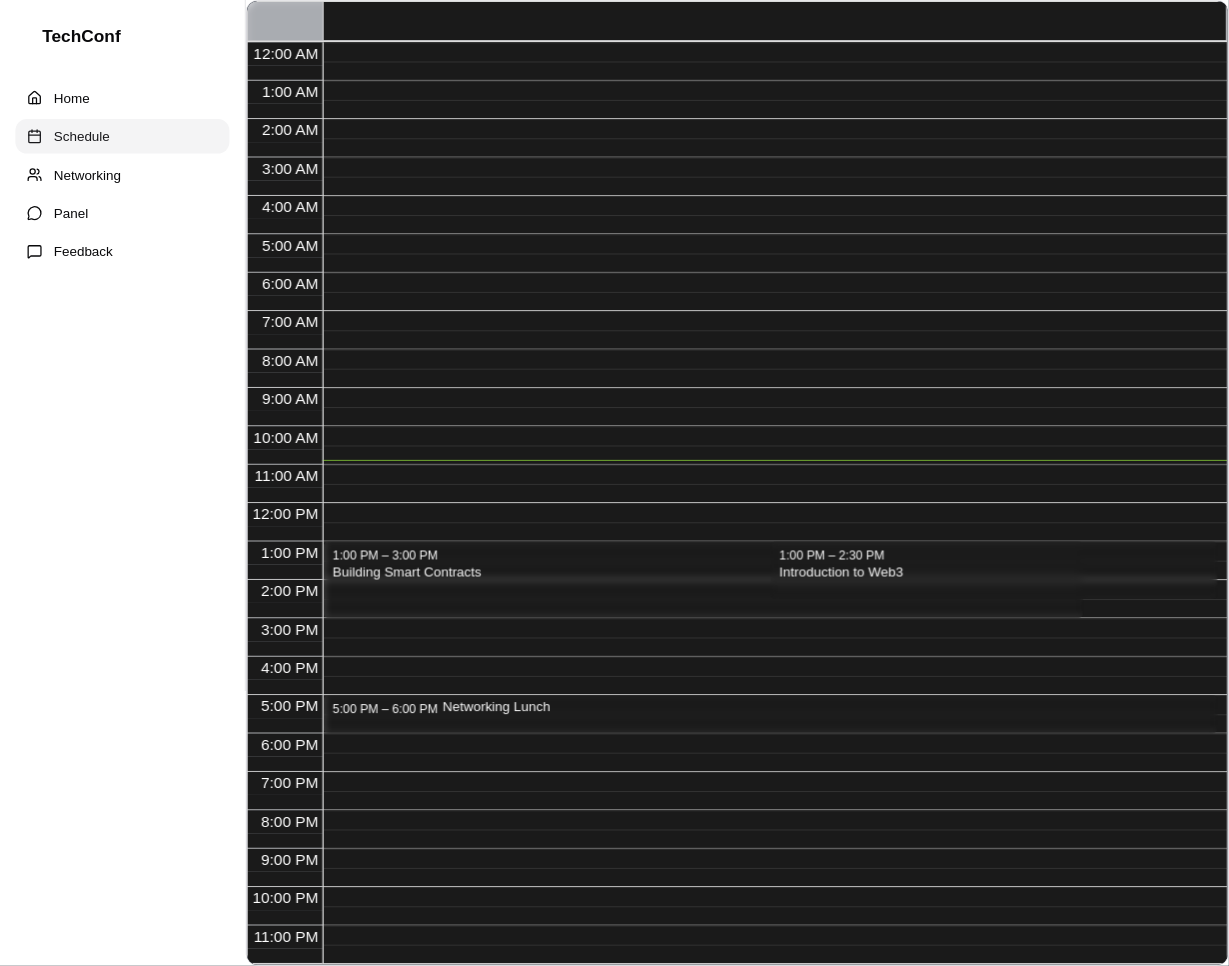
Repository: mrnavdal/symposium-2024
Page: /schedule (app in symposium24/)
The author's editor kept a copy of each file at every save. The page is drawn from the files as they stood at one save, then again after the next save.
The browser window is 1280 px wide. The pictures show the whole page, at 96% of full size.
The project was rebuilt for these pictures with package versions that can differ from the ones it lists, and the page was loaded fresh each time. The framework's server and built-in components were replaced by stand-ins that run in the browser. Also part of the build but not shown: symposium24/next.config.ts.

Above is the page before, as saved 2024-11-08 13:45:29.

### symposium24/src/app/layout.tsx
import type { Metadata } from "next";
import localFont from "next/font/local";
import { ThemeProvider } from "@/components/ThemeProvider";
import { Navigation } from "@/components/Navigation";
import "./globals.css";
import '@/styles/calendar.css'

const geistSans = localFont({
  src: "./fonts/GeistVF.woff",
  variable: "--font-geist-sans",
  weight: "100 900",
});
const geistMono = localFont({
  src: "./fonts/GeistMonoVF.woff",
  variable: "--font-geist-mono",
  weight: "100 900",
});

export const metadata: Metadata = {
  title: "TechConf 2024",
  description: "Conference schedule and information",
};

export default function RootLayout({
  children,
}: Readonly<{
  children: React.ReactNode;
}>) {
  return (
    <html lang="en" suppressHydrationWarning>
      <body
        className={`${geistSans.variable} ${geistMono.variable} antialiased min-h-screen`}
      >
        <ThemeProvider
          attribute="class"
          defaultTheme="system"
          enableSystem
          disableTransitionOnChange
        >
          <Navigation />
          <main className="pb-16 md:pb-0 md:pl-64">
            {children}
          </main>
        </ThemeProvider>
      </body>
    </html>
  );
}

### symposium24/src/app/schedule/page.tsx
import { Calendar } from '@/components/Calendar'
import { PageTransition } from '@/components/PageTransition'
import { events } from '@/data/events'

export default function SchedulePage() {
  return (
    <PageTransition>

        <div className="h-full rounded-lg overflow-hidden border bg-card/50">
          <Calendar events={events} />
        </div>

    </PageTransition>
  )
}

### symposium24/src/components/ThemeProvider.tsx
'use client'

import * as React from 'react'
import { ThemeProvider as NextThemesProvider } from 'next-themes'

interface ThemeProviderProps {
  children: React.ReactNode
  attribute?: string
  defaultTheme?: string
  enableSystem?: boolean
  disableTransitionOnChange?: boolean
}

export function ThemeProvider({
  children,
  attribute,
  defaultTheme,
  enableSystem,
  disableTransitionOnChange,
}: ThemeProviderProps) {
  return (
    <NextThemesProvider
      attribute={attribute as 'class' | 'data-theme'}
      defaultTheme={defaultTheme}
      enableSystem={enableSystem}
      disableTransitionOnChange={disableTransitionOnChange}
    >
      {children}
    </NextThemesProvider>
  )
}

### symposium24/src/components/Navigation.tsx
'use client'

import { usePathname } from 'next/navigation'
import Link from 'next/link'
import { cn } from '@/lib/utils'
import {
  Home,
  Calendar,
  Users,
  MessageCircle,
  MessageSquare,
  LucideIcon
} from 'lucide-react'

interface NavItem {
  href: string
  label: string
  icon: LucideIcon
}

const navItems: NavItem[] = [
  { href: '/', label: 'Home', icon: Home },
  { href: '/schedule', label: 'Schedule', icon: Calendar },
  { href: '/networking', label: 'Networking', icon: Users },
  { href: '/discussion', label: 'Panel', icon: MessageCircle },
  { href: '/feedback', label: 'Feedback', icon: MessageSquare },
]

export function Navigation() {
  const pathname = usePathname()

  return (
    <>
      {/* Desktop Side Navigation */}
      <nav className="hidden md:flex fixed left-0 top-0 h-screen w-64 border-r bg-background p-4">
        <div className="space-y-4 w-full">
          <div className="px-3 py-2">
            <h2 className="mb-2 px-4 text-lg font-semibold">TechConf</h2>
          </div>
          <div className="space-y-1">
            {navItems.map((item) => (
              <Link
                key={item.href}
                href={item.href}
                className={cn(
                  'flex items-center gap-3 rounded-lg px-3 py-2 text-sm transition-colors',
                  pathname === item.href
                    ? 'bg-secondary text-secondary-foreground'
                    : 'hover:bg-secondary/80'
                )}
              >
                <item.icon className="h-4 w-4" />
                {item.label}
              </Link>
            ))}
          </div>
        </div>
      </nav>

      {/* Mobile Bottom Navigation */}
      <nav className="md:hidden fixed bottom-0 left-0 right-0 border-t bg-background z-50">
        <div className="flex items-center justify-around">
          {navItems.map((item) => (
            <Link
              key={item.href}
              href={item.href}
              className={cn(
                'flex flex-col items-center gap-1 p-3 text-xs',
                pathname === item.href
                  ? 'text-primary'
                  : 'text-muted-foreground'
              )}
            >
              <item.icon className="h-5 w-5" />
              <span>{item.label}</span>
            </Link>
          ))}
        </div>
      </nav>

      {/* Content Padding for Mobile Bottom Nav */}
      <div className="pb-16 md:pb-0 md:pl-64">
        {/* This div wraps the main content to provide padding */}
      </div>
    </>
  )
}

### symposium24/src/app/globals.css
@tailwind base;
@tailwind components;
@tailwind utilities;

body {
  font-family: Arial, Helvetica, sans-serif;
}

@layer base {
  :root {
    --background: 0 0% 100%;
    --foreground: 240 10% 3.9%;
    --card: 0 0% 100%;
    --card-foreground: 240 10% 3.9%;
    --popover: 0 0% 100%;
    --popover-foreground: 240 10% 3.9%;
    --primary: 240 5.9% 10%;
    --primary-foreground: 0 0% 98%;
    --secondary: 240 4.8% 95.9%;
    --secondary-foreground: 240 5.9% 10%;
    --muted: 240 4.8% 95.9%;
    --muted-foreground: 240 3.8% 46.1%;
    --accent: 240 4.8% 95.9%;
    --accent-foreground: 240 5.9% 10%;
    --destructive: 0 84.2% 60.2%;
    --destructive-foreground: 0 0% 98%;
    --border: 240 5.9% 90%;
    --input: 240 5.9% 90%;
    --ring: 240 5.9% 10%;
    --chart-1: 12 76% 61%;
    --chart-2: 173 58% 39%;
    --chart-3: 197 37% 24%;
    --chart-4: 43 74% 66%;
    --chart-5: 27 87% 67%;
    --radius: 0.75rem;
  }
  .dark {
    --background: 240 10% 3.9%;
    --foreground: 0 0% 98%;
    --card: 240 10% 3.9%;
    --card-foreground: 0 0% 98%;
    --popover: 240 10% 3.9%;
    --popover-foreground: 0 0% 98%;
    --primary: 0 0% 98%;
    --primary-foreground: 240 5.9% 10%;
    --secondary: 240 3.7% 15.9%;
    --secondary-foreground: 0 0% 98%;
    --muted: 240 3.7% 15.9%;
    --muted-foreground: 240 5% 64.9%;
    --accent: 240 3.7% 15.9%;
    --accent-foreground: 0 0% 98%;
    --destructive: 0 62.8% 30.6%;
    --destructive-foreground: 0 0% 98%;
    --border: 240 3.7% 15.9%;
    --input: 240 3.7% 15.9%;
    --ring: 240 4.9% 83.9%;
    --chart-1: 220 70% 50%;
    --chart-2: 160 60% 45%;
    --chart-3: 30 80% 55%;
    --chart-4: 280 65% 60%;
    --chart-5: 340 75% 55%;
  }
}

@layer base {
  * {
    @apply border-border;
  }
  body {
    @apply bg-background text-foreground;
  }
}

### symposium24/src/styles/calendar.css
/* Dark mode styles */
.rbc-calendar-dark {
  @apply text-white;
}

.rbc-calendar-dark .rbc-header {
  @apply bg-muted/50 border-border text-muted-foreground font-medium;
}

.rbc-calendar-dark .rbc-time-view {
  @apply border-border bg-card/50 backdrop-blur-sm;
}

.rbc-calendar-dark .rbc-time-header {
  @apply bg-muted/50 border-border;
}

.rbc-calendar-dark .rbc-time-content {
  @apply border-border;
}

.rbc-calendar-dark .rbc-time-slot {
  @apply text-muted-foreground;
}

.rbc-calendar-dark .rbc-today {
  @apply bg-muted/50;
}

.rbc-calendar-dark .rbc-current-time-indicator {
  @apply bg-primary;
}

/* General styles */
.rbc-header {
  @apply py-3 font-medium text-muted-foreground border-border bg-muted/30;
}

.rbc-time-view {
  @apply border-border bg-card/50 backdrop-blur-sm;
}

.rbc-time-header {
  @apply border-border bg-muted/30;
}

.rbc-time-content {
  @apply border-border;
}

.rbc-event {
  @apply rounded-md border shadow-sm;
}

.rbc-event-content {
  @apply text-sm font-medium;
}

.rbc-today {
  @apply bg-muted/30;
}

.rbc-current-time-indicator {
  @apply bg-primary;
}

.rbc-toolbar {
  @apply mb-4;
}

.rbc-toolbar button {
  @apply rounded-md border-border bg-card hover:bg-muted/50 transition-colors;
}

.rbc-toolbar button.rbc-active {
  @apply bg-primary text-primary-foreground hover:bg-primary/90;
}

.rbc-time-slot {
  @apply text-muted-foreground;
}

### symposium24/src/components/Calendar.tsx
'use client'

import { Calendar as BigCalendar, momentLocalizer, View } from 'react-big-calendar'
import moment from 'moment'
import { CalendarEvent } from '@/types/event'
import { cn } from '@/lib/utils'
import { useTheme } from 'next-themes'
import { useMemo } from 'react'

import 'react-big-calendar/lib/css/react-big-calendar.css'

const localizer = momentLocalizer(moment)

const eventStyleGetter = (event: CalendarEvent) => {
  const isPast = moment(event.end).isBefore(moment())
  const isOngoing = moment().isBetween(event.start, event.end)

  const baseStyle = {
    workshop: 'bg-green-500 hover:bg-green-600 border-green-600',
    lecture: 'bg-green-500 hover:bg-green-600 border-green-600',
    networking: 'bg-purple-500 hover:bg-purple-600 border-purple-600'
  }[event.type] || 'bg-blue-500 hover:bg-blue-600 border-blue-600'

  return {
    className: cn(
      baseStyle,
      'rounded-md border backdrop-blur-sm transition-colors',
      isPast && 'opacity-50 hover:opacity-70',
      isOngoing && 'ring-2 ring-yellow-400/50 shadow-lg'
    ),
    style: {
      backgroundColor: 'transparent',
      borderColor: 'transparent',
      padding: '4px 8px',
    }
  }
}

interface CalendarProps {
  events: CalendarEvent[]
}
export function Calendar({ events }: CalendarProps) {
  const { theme } = useTheme()

  console.log('Calendar events:', events)

  const calendarProps = useMemo(() => ({
    className: cn(
      'h-[700px] md:h-[800px] bg-gray-900',
      theme === 'dark' && 'rbc-calendar-dark',
    ),
    localizer,
    events,
    defaultView: 'day' as View,
    views: ['day'] as View[],
    step: 30,
    timeslots: 2,
    eventPropGetter: eventStyleGetter,
    tooltipAccessor: (event: CalendarEvent) =>
      `${event.title}\nLocation: ${event.location}\nSpeaker: ${event.speaker}`,
    dayPropGetter: () => ({
      style: {
        backgroundColor: theme === 'dark' ? '#121212' : '#1a1a1a',
        color: theme === 'dark' ? '#e5e5e5' : '#fff'
      }
    }),
    slotPropGetter: () => ({
      style: {
        backgroundColor: theme === 'dark' ? '#121212' : '#1a1a1a',
        borderColor: theme === 'dark' ? '#2a2a2a' : '#333',
        color: theme === 'dark' ? '#e5e5e5' : '#fff'
      }
    }),
    toolbar: false
  }), [events, theme])

  return <BigCalendar {...calendarProps} />
}

### symposium24/src/components/PageTransition.tsx
'use client'

import { motion } from 'framer-motion'
import { fadeIn } from '@/lib/animations'

interface PageTransitionProps {
  children: React.ReactNode
  className?: string
}

export function PageTransition({ children, className }: PageTransitionProps) {
  return (
    <motion.div
      variants={fadeIn}
      initial="initial"
      animate="animate"
      exit="exit"
      className={className}
    >
      {children}
    </motion.div>
  )
}

### symposium24/src/data/events.ts
import { CalendarEvent } from '@/types/event'

export const events: CalendarEvent[] = [
  {
    id: '1',
    title: 'Introduction to Web3',
    type: 'lecture',
    start: new Date(2024, 10, 8, 13, 0),
    end: new Date(2024, 10, 8, 14, 30),
    speaker: 'Jane Smith',
    location: 'Main Hall',
    description: 'An overview of Web3 technologies and their impact on the future of the internet.'
  },
  {
    id: '2',
    title: 'Building Smart Contracts',
    type: 'workshop',
    start: new Date(2024, 10, 8, 13, 0),
    end: new Date(2024, 10, 8, 15, 0),
    speaker: 'John Doe',
    location: 'Workshop Room A',
    description: 'Hands-on workshop on creating and deploying smart contracts.'
  },
  {
    id: '3',
    title: 'Networking Lunch',
    type: 'networking',
    start: new Date(2024, 10, 8, 17, 0),
    end: new Date(2024, 10, 8, 18, 0),
    speaker: '',
    location: 'Dining Hall',
    description: 'Network with fellow attendees over lunch.'
  }
]

### symposium24/src/lib/animations.ts
export const fadeIn = {
  initial: { opacity: 0, y: 20 },
  animate: { opacity: 1, y: 0 },
  exit: { opacity: 0, y: 20 }
}

export const staggerContainer = {
  animate: {
    transition: {
      staggerChildren: 0.1
    }
  }
}

export const slideIn = {
  initial: { x: -20, opacity: 0 },
  animate: { x: 0, opacity: 1 },
  exit: { x: 20, opacity: 0 }
}

export const scaleIn = {
  initial: { scale: 0.9, opacity: 0 },
  animate: { scale: 1, opacity: 1 },
  exit: { scale: 0.9, opacity: 0 }
}

### symposium24/tailwind.config.ts
import type { Config } from "tailwindcss";

export default {
    darkMode: ["class"],
    content: [
    "./src/pages/**/*.{js,ts,jsx,tsx,mdx}",
    "./src/components/**/*.{js,ts,jsx,tsx,mdx}",
    "./src/app/**/*.{js,ts,jsx,tsx,mdx}",
  ],
  theme: {
  	extend: {
  		colors: {
  			background: 'hsl(var(--background))',
  			foreground: 'hsl(var(--foreground))',
  			card: {
  				DEFAULT: 'hsl(var(--card))',
  				foreground: 'hsl(var(--card-foreground))'
  			},
  			popover: {
  				DEFAULT: 'hsl(var(--popover))',
  				foreground: 'hsl(var(--popover-foreground))'
  			},
  			primary: {
  				DEFAULT: 'hsl(var(--primary))',
  				foreground: 'hsl(var(--primary-foreground))'
  			},
  			secondary: {
  				DEFAULT: 'hsl(var(--secondary))',
  				foreground: 'hsl(var(--secondary-foreground))'
  			},
  			muted: {
  				DEFAULT: 'hsl(var(--muted))',
  				foreground: 'hsl(var(--muted-foreground))'
  			},
  			accent: {
  				DEFAULT: 'hsl(var(--accent))',
  				foreground: 'hsl(var(--accent-foreground))'
  			},
  			destructive: {
  				DEFAULT: 'hsl(var(--destructive))',
  				foreground: 'hsl(var(--destructive-foreground))'
  			},
  			border: 'hsl(var(--border))',
  			input: 'hsl(var(--input))',
  			ring: 'hsl(var(--ring))',
  			chart: {
  				'1': 'hsl(var(--chart-1))',
  				'2': 'hsl(var(--chart-2))',
  				'3': 'hsl(var(--chart-3))',
  				'4': 'hsl(var(--chart-4))',
  				'5': 'hsl(var(--chart-5))'
  			}
  		},
  		borderRadius: {
  			lg: 'var(--radius)',
  			md: 'calc(var(--radius) - 2px)',
  			sm: 'calc(var(--radius) - 4px)'
  		}
  	}
  },
  plugins: [
    require("tailwindcss-animate"),
    require('@tailwindcss/typography'),
  ],
} satisfies Config;

Loaded but not shown: symposium24/src/lib/utils.ts (common file)

After the next save:
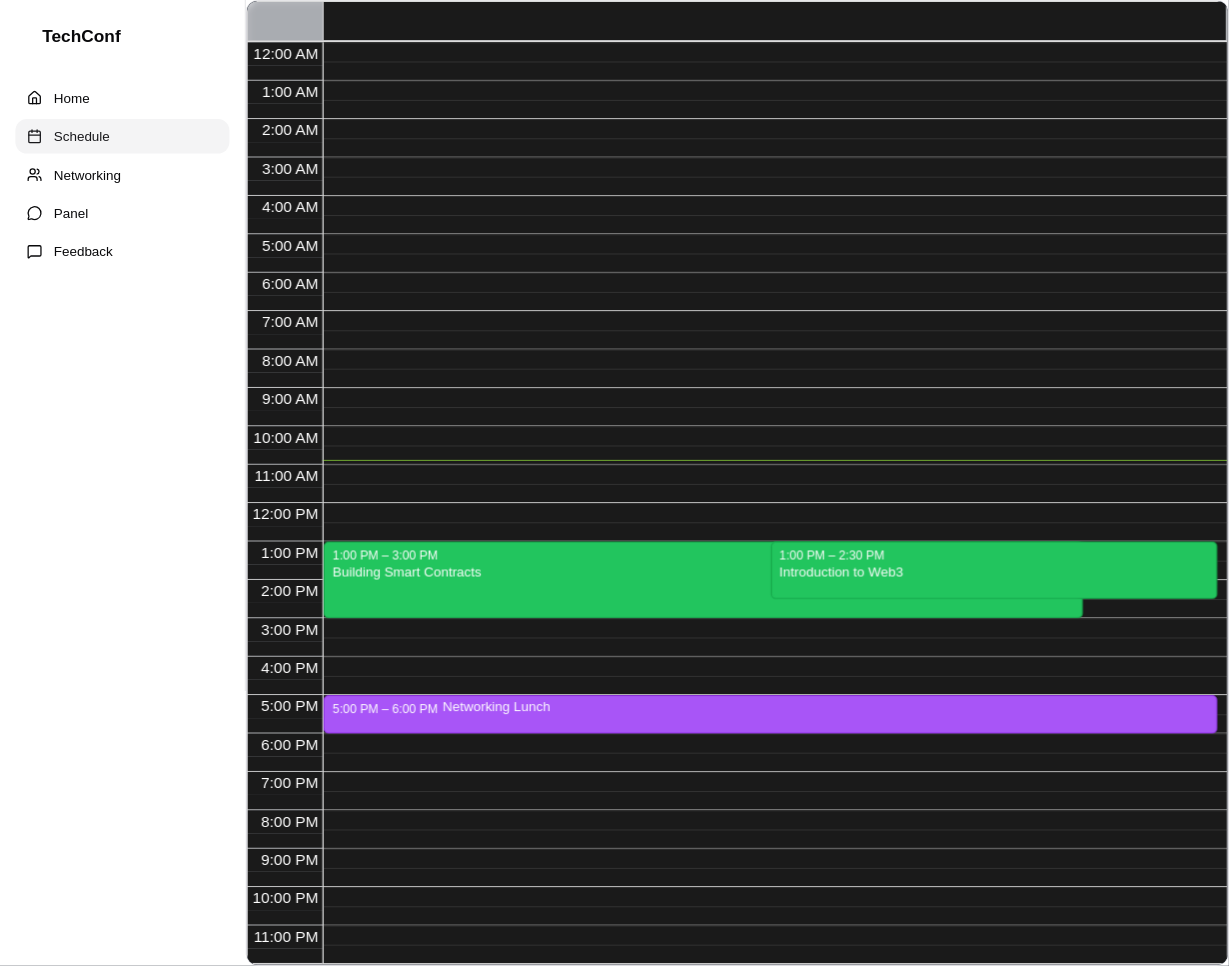
Saved 65 s later.
--- a/symposium24/src/components/Calendar.tsx
+++ b/symposium24/src/components/Calendar.tsx
@@ -15,22 +15,21 @@ const eventStyleGetter = (event: CalendarEvent) => {
   const isPast = moment(event.end).isBefore(moment())
   const isOngoing = moment().isBetween(event.start, event.end)
 
-  const baseStyle = {
-    workshop: 'bg-green-500 hover:bg-green-600 border-green-600',
-    lecture: 'bg-green-500 hover:bg-green-600 border-green-600',
-    networking: 'bg-purple-500 hover:bg-purple-600 border-purple-600'
-  }[event.type] || 'bg-blue-500 hover:bg-blue-600 border-blue-600'
+  const colors = {
+    workshop: { bg: '#22c55e', border: '#16a34a' },  // green-500, green-600
+    lecture: { bg: '#22c55e', border: '#16a34a' },   // green-500, green-600
+    networking: { bg: '#a855f7', border: '#9333ea' }, // purple-500, purple-600
+  }[event.type] || { bg: '#3b82f6', border: '#2563eb' }  // blue-500, blue-600
 
   return {
     className: cn(
-      baseStyle,
       'rounded-md border backdrop-blur-sm transition-colors',
       isPast && 'opacity-50 hover:opacity-70',
       isOngoing && 'ring-2 ring-yellow-400/50 shadow-lg'
     ),
     style: {
-      backgroundColor: 'transparent',
-      borderColor: 'transparent',
+      backgroundColor: colors.bg,
+      borderColor: colors.border,
       padding: '4px 8px',
     }
   }
